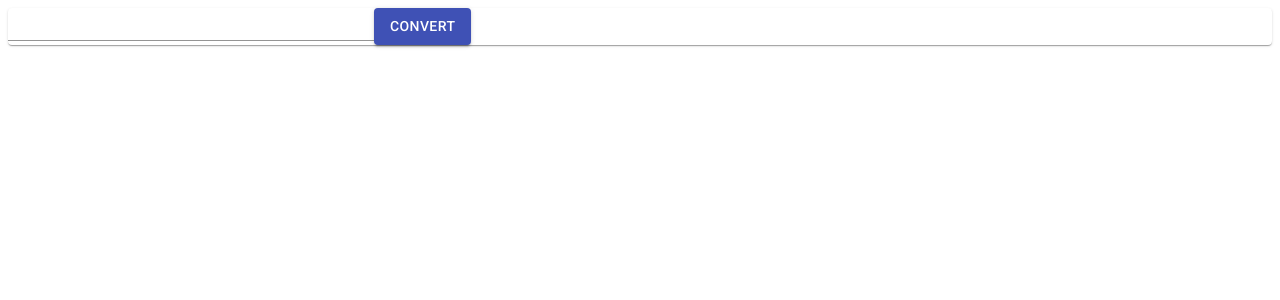
Repository: zum281/temperature-converter
Page: /
An editor plug-in stored every save of this project. The page is shown before and after the next save, followed by the edit.
The browser window is 1280 px wide. The pictures show the whole page.
The project was rebuilt for these pictures with package versions that can differ from the ones it lists, and the page was loaded fresh each time. Also part of the build but not shown: src/index.css.

Above is the page before, as saved 2021-07-09 13:08:31.

After the next save:
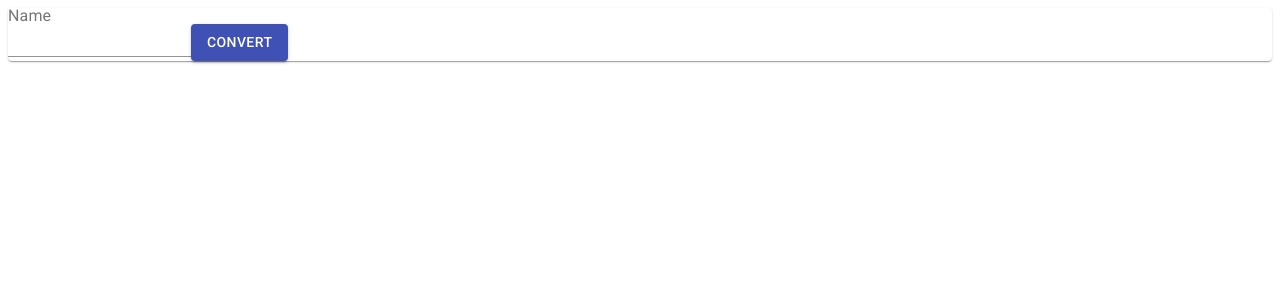
Saved 28 s later.
--- a/src/App.js
+++ b/src/App.js
@@ -6,8 +6,9 @@ function App() {
         <div className="App">
             <Paper>
                 <form noValidate autoComplete="off">
+                    <InputLabel htmlFor="component-simple">Name</InputLabel>
                     <Input />
-                    <Input />
+
                     <Button variant="contained" color="primary">
                         convert
                     </Button>
